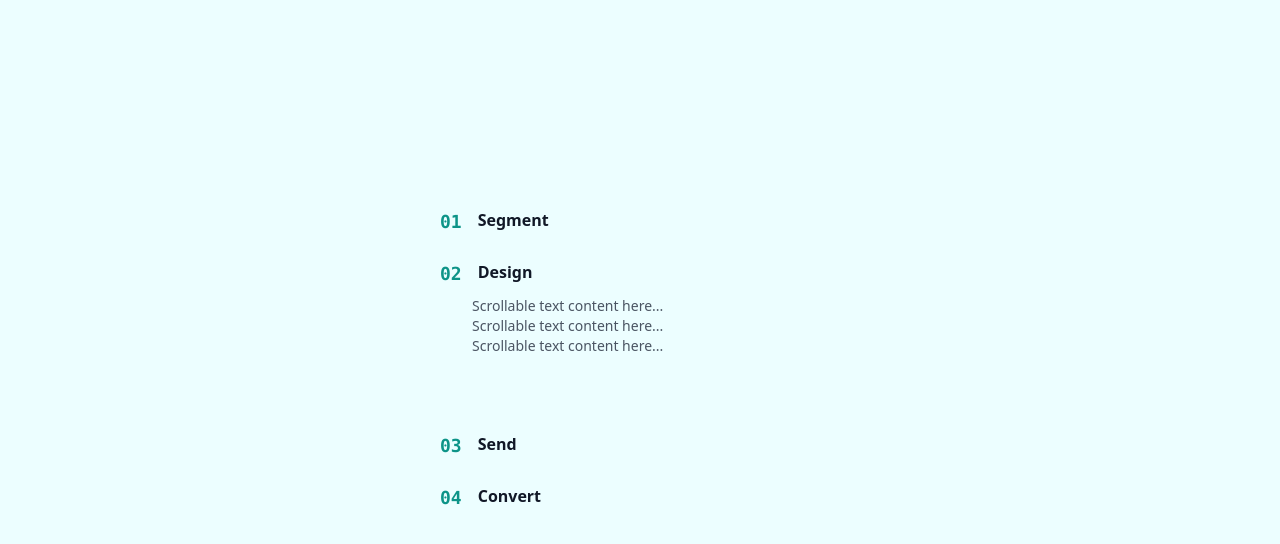
Repository: trusha97/postpilot
Page: accordin.html
The author's editor kept a copy of each file at every save. The page is drawn from the files as they stood at one save, then again after the next save.
The browser window is 1280 px wide. The pictures show the whole page.
Some web libraries are served in a nearby version.

Above is the page before, as saved 2025-05-19 10:41:55.

After the next save:
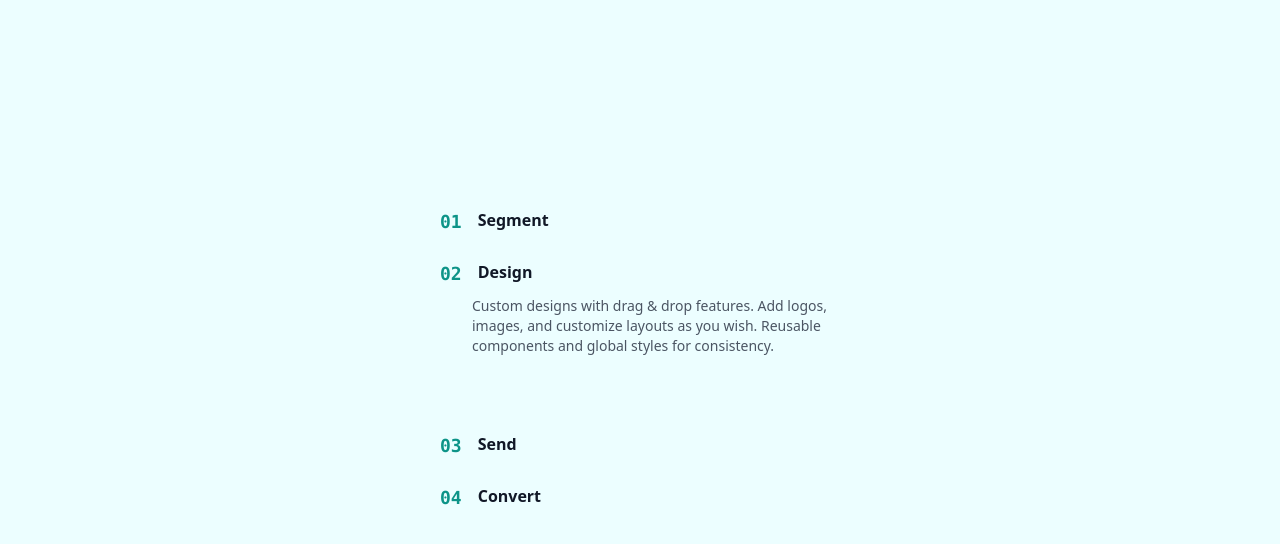
Saved 4 s later.
--- a/accordin.html
+++ b/accordin.html
@@ -82,14 +82,8 @@
         <div class="flex space-x-4 h-16">
           <div class="overflow-y-auto h-full flex w-full left-scroll ">
             <div class="text-sm text-gray-600 pr-2 w-full ms-5">
-              Scrollable text content here... <br />
-              Scrollable text content here... <br />
-              Scrollable text content here... <br />
-              Scrollable text content here... <br />
-              Scrollable text content here... <br />
-              Scrollable text content here... <br />
-              Scrollable text content here... <br />
-              Scrollable text content here... <br />
+              Custom designs with drag & drop features. Add logos, images, and customize layouts as you wish.
+          Reusable components and global styles for consistency.
             </div>
           </div>
         </div>
